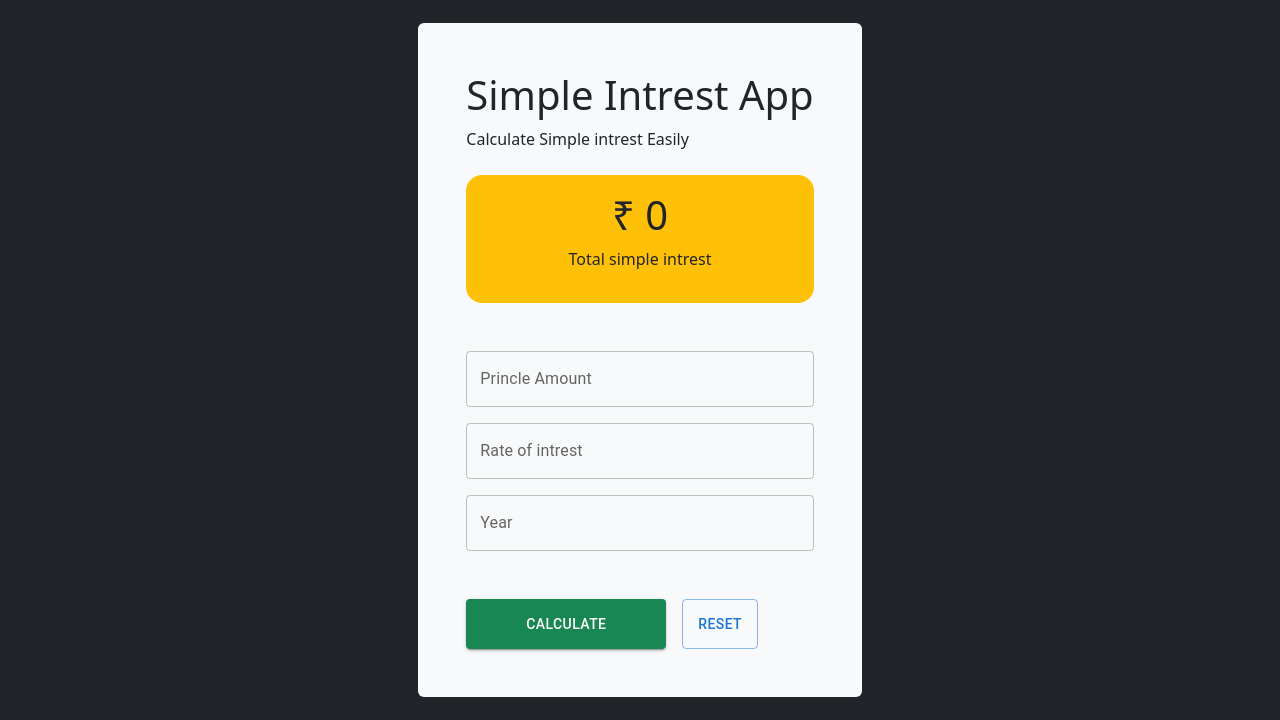
Repository: Afraz13/simple-intrest
Page: /
An editor plug-in stored every save of this project. The page is shown before and after the next save, followed by the edit.
The browser window is 1280 px wide. The pictures show the whole page.
The project was rebuilt for these pictures with package versions that can differ from the ones it lists, and the page was loaded fresh each time. Also part of the build but not shown: src/index.css, src/App.css.

Above is the page before, as saved 2024-07-16 13:22:15.

### public/index.html
<!DOCTYPE html>
<html lang="en">
  <head>
    <meta charset="utf-8" />

    <meta name="viewport" content="width=device-width, initial-scale=1" />
    <link href="https://cdn.jsdelivr.net/npm/bootstrap@5.3.3/dist/css/bootstrap.min.css" rel="stylesheet" integrity="sha384-QWTKZyjpPEjISv5WaRU9OFeRpok6YctnYmDr5pNlyT2bRjXh0JMhjY6hW+ALEwIH" crossorigin="anonymous">

    <title>Simple Intrest</title>
  </head>
  <body>

    <div id="root"></div>

  </body>
</html>

### src/App.js

import './App.css';
import { TextField } from '@mui/material';
import Stack from '@mui/material/Stack';
import { Button } from '@mui/material';
import { useState } from 'react';


function App() {

  const [interest, setInterest]=useState(0)
  const [principle, setPrinciple] = useState(0)
  const [rate, setRate]=useState(0)
  const [year, setYear]=useState(0)
  const [isprinciple, setIsprinciple]=useState(true)
  const [israte, setIsrate]=useState(true)
  const [isyear, setIsyear]=useState(true)

  const getValidate =(e)=>{
    const {name,value}=e.target
    // console.log(name,value);
    // !!value.match(/^[0-9]$/) !!if convert into boolean
    if(!!value.match(/^[0-9]+$/) ){
      if(name==='principle'){
      setPrinciple(value)
      setIsprinciple(true)
     }
     else if(name==='rate'){
      setRate(value)
      setIsrate(true)
     }
     else if(name==='year'){
      setYear(value)
      setIsyear(true)
     }

    }
    else{
     if(name==='principle'){
      setPrinciple(value)
      setIsprinciple(false)
     }
     else if(name==='rate'){
      setRate(value)
      setIsrate(false)
     }
     else if(name==='year'){
      setYear(value)
      setIsyear(false)
     }
    }


  }
  const handlecalculate = (e)=>{
    e.preventDefault()
    if(!principle || !rate || !year){
      alert('please fill the form')
    }
    else{
      setInterest(principle*rate*year/100)
    }
  }

  return (
    <div style={{height:'100vh'}} className='d-flex justify-content-center align-items-center w-100 bg-dark'>
    <div className='bg-light p-5 rounded'>
    <h1>Simple Intrest App</h1>
    <p>Calculate Simple intrest Easily</p>
    <div className='bg-warning d-flex justify-content-center align-items-center p-3 flex-column rounded-4 mt-4 '>
      <h1>₹ {interest}</h1>
      <p>Total simple intrest</p>
    </div>
    <form  onSubmit={handlecalculate} action="" className='mt-5'>
     <div className='mb-3'>
     <TextField value={principle || ""} name='principle' onChange={(e)=>getValidate(e)}  className='w-100' id="outlined-basic" label="Princle Amount" variant="outlined" />
     </div>

     { !isprinciple &&
      <div>
      <p className='text-danger fw-bold'>*Invalid Input</p>
     </div>
     }

     <div className='mb-3'>
     <TextField value={rate || ""} name='rate' onChange={(e)=>getValidate(e)}  className='w-100' id="outlined-basic" label="Rate of intrest" variant="outlined" />
     </div>
     { !israte &&
      <div>
      <p className='text-danger fw-bold'>*Invalid Input</p>
     </div>
     }
     <div className='mb-3'>
     <TextField value={year || ""} name='year' onChange={(e)=>getValidate(e)}  className='w-100' id="outlined-basic" label="Year" variant="outlined" />
     </div>
     { !isyear &&
      <div>
      <p className='text-danger fw-bold'>*Invalid Input</p>
     </div>
     }
     <Stack className='mt-5' direction="row" spacing={2}>
     <Button type='submit' className='bg-success' disabled={isprinciple && israte && isyear?false:true} style={{width:'200px',height:'50px'}} variant="contained" >Calculate</Button>
     <Button variant="outlined" style={{width:'200px !important',height:'50px',position:'absolute !important',top:'50% !important',left:'50% !important',transform:'translate(-50%,-50'}}>Reset</Button>
</Stack>
    </form>
    </div>
    </div>
  );
}

export default App;

Loaded but not shown: src/index.js (common file)

After the next save:
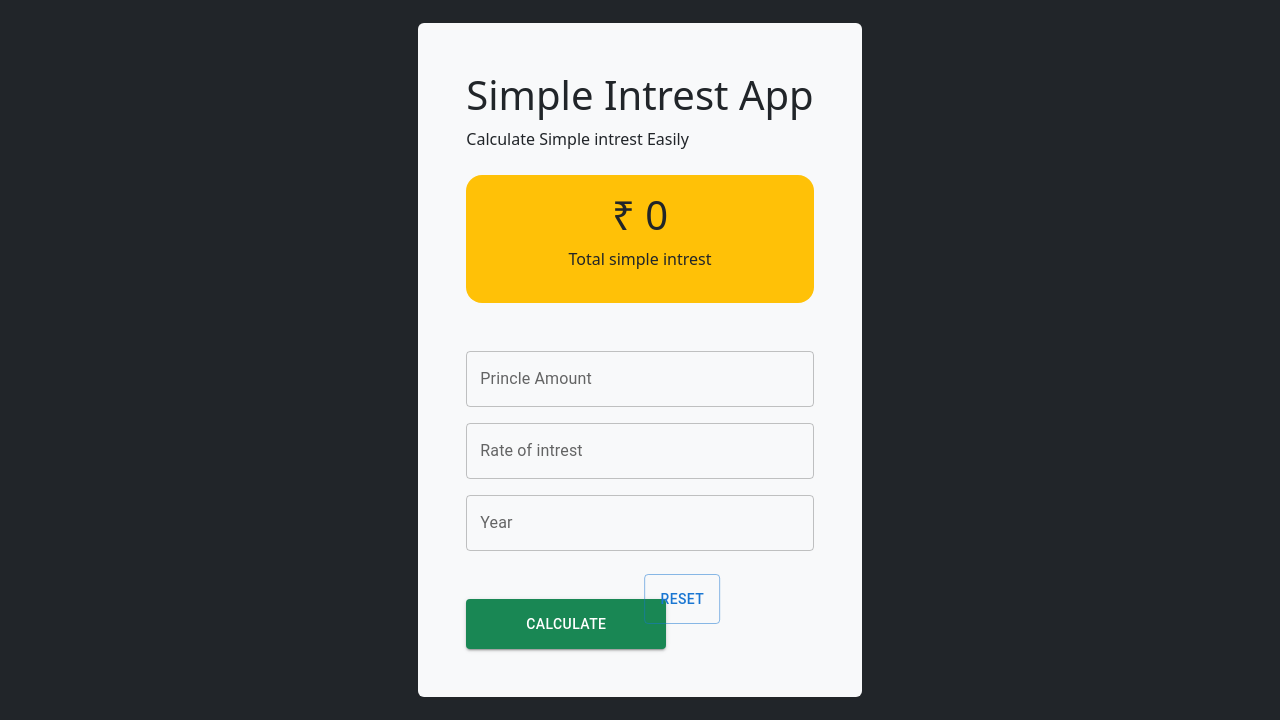
Saved 13 s later.
--- a/src/App.js
+++ b/src/App.js
@@ -100,7 +100,7 @@
      }
      <Stack className='mt-5' direction="row" spacing={2}>
      <Button type='submit' className='bg-success' disabled={isprinciple && israte && isyear?false:true} style={{width:'200px',height:'50px'}} variant="contained" >Calculate</Button>
-     <Button variant="outlined" style={{width:'200px !important',height:'50px',position:'absolute !important',top:'50% !important',left:'50% !important',transform:'translate(-50%,-50'}}>Reset</Button>
+     <Button variant="outlined" style={{width:'200px !important',height:'50px',position:'absolute !important',top:'50% !important',left:'50% !important',transform:'translate(-50%,-50%)'}}>Reset</Button>
 </Stack>
     </form>
     </div>

After the save that followed:
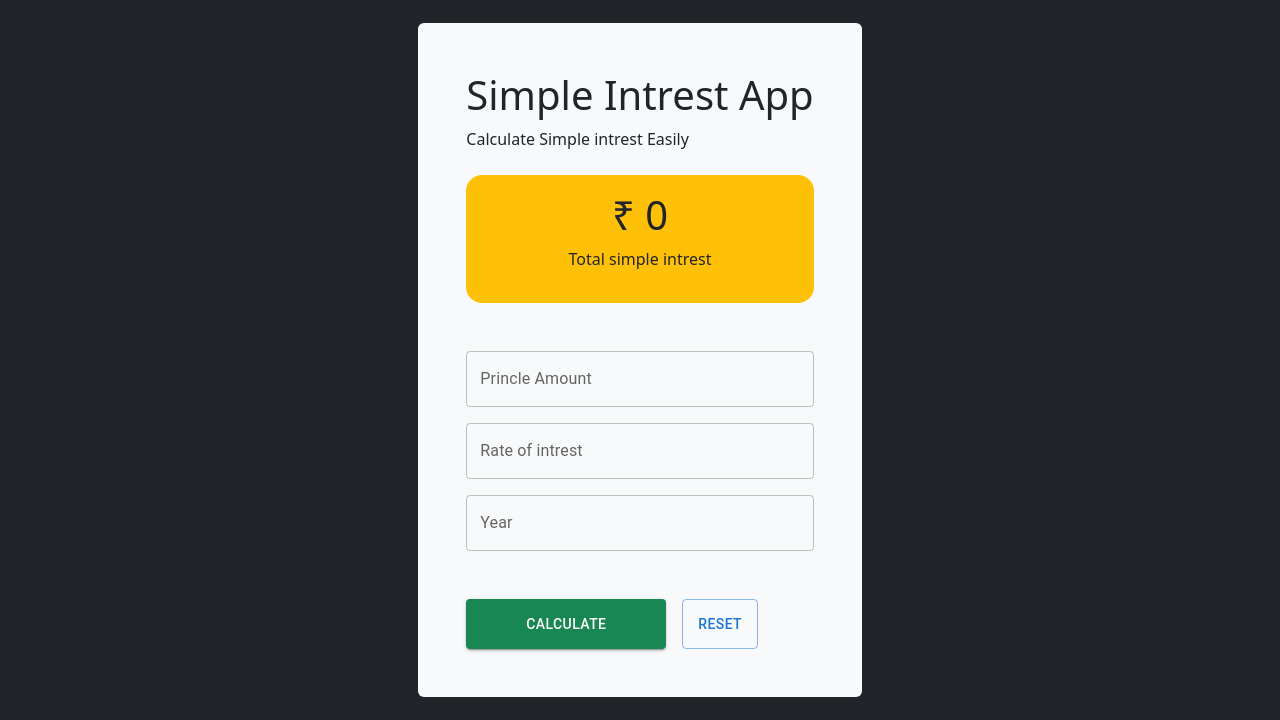
Saved 9 s later.
--- a/src/App.js
+++ b/src/App.js
@@ -100,7 +100,7 @@
      }
      <Stack className='mt-5' direction="row" spacing={2}>
      <Button type='submit' className='bg-success' disabled={isprinciple && israte && isyear?false:true} style={{width:'200px',height:'50px'}} variant="contained" >Calculate</Button>
-     <Button variant="outlined" style={{width:'200px !important',height:'50px',position:'absolute !important',top:'50% !important',left:'50% !important',transform:'translate(-50%,-50%)'}}>Reset</Button>
+     <Button variant="outlined" style={{width:'200px !important',height:'50px',position:'absolute !important',top:'50% !important',left:'50% !important',transform:'translate(-50%,-50%)!important'}}>Reset</Button>
 </Stack>
     </form>
     </div>
